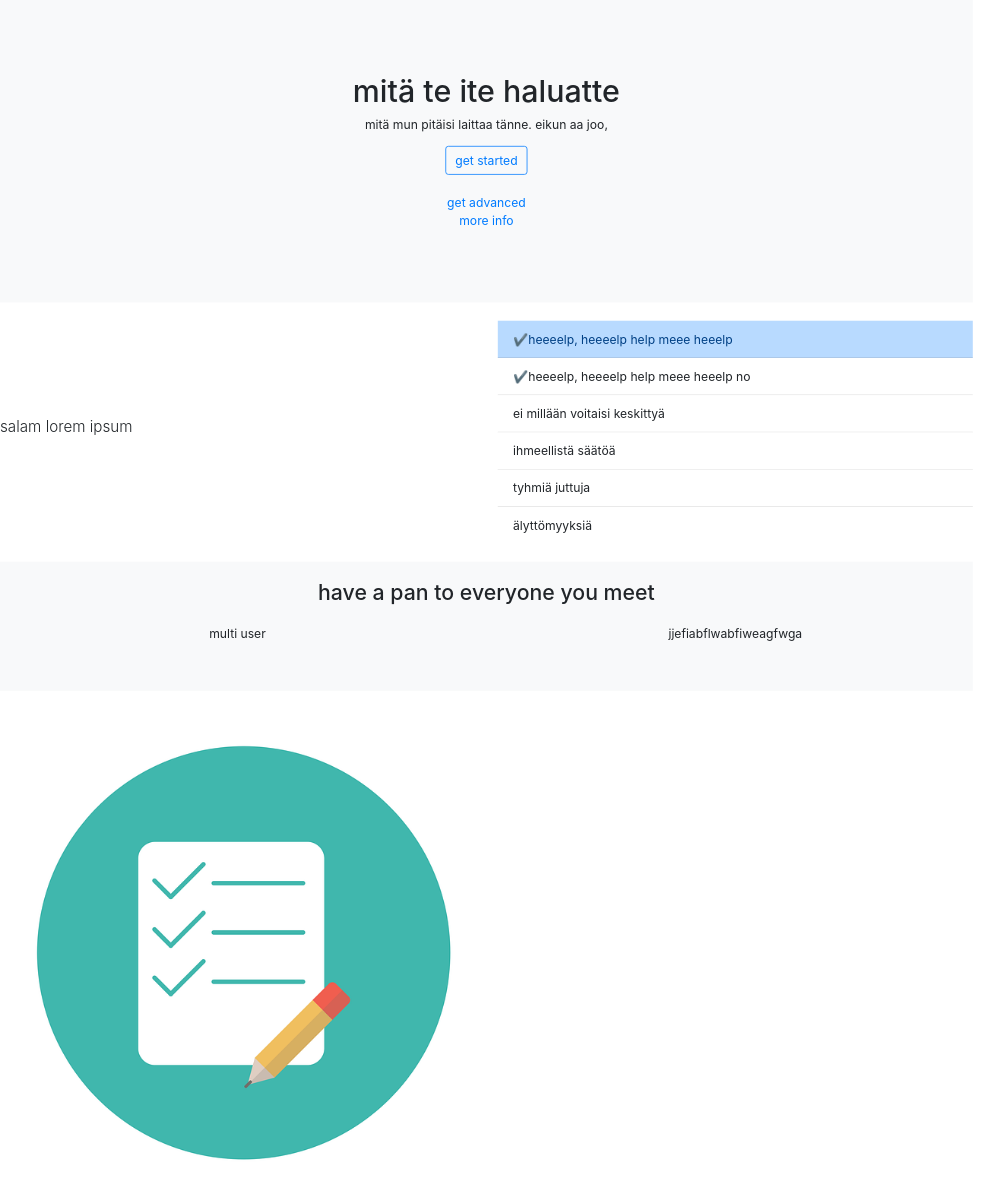
Repository: jessehapuli/jessehapuli.github.io
Page: Bootstrap/index.html
The author's editor kept a copy of each file at every save. The page is drawn from the files as they stood at one save, then again after the next save.
The browser window is 1280 px wide. The page is 1295 px wide, so the pictures cover 1295 px, including what lies to the right of the window. The pictures show the whole page, at 76% of full size.

Above is the page before, as saved 2024-04-24 12:46:01.

### Bootstrap/index.html
<!doctype html>
<html lang="en">
  <head>
    <!-- Required meta tags -->
    <meta charset="utf-8">
    <meta name="viewport" content="width=device-width, initial-scale=1, shrink-to-fit=no">

    <!-- Bootstrap CSS -->
    <link rel="stylesheet" href="https://cdn.jsdelivr.net/npm/bootstrap@4.6.2/dist/css/bootstrap.min.css" integrity="sha384-xOolHFLEh07PJGoPkLv1IbcEPTNtaed2xpHsD9ESMhqIYd0nLMwNLD69Npy4HI+N" crossorigin="anonymous">

    <link rel="stylesheet" href="styles.css">

    <title>Hello, world!</title>
  </head>
  <body>

    <!--heading-->

    <section class="container-fluid bg-light text-center">
      <div class="rov d-flex justify-content-center">
        <div class="col-md-6 my-5 py-lg-5">
          <h1>mitä te ite haluatte</h1>
          <p>mitä mun pitäisi laittaa tänne. eikun aa joo, </p>
          <a class="btn btn-outline-primary" href="piercing">get started</a>
          <br>
          <br>
          <a href="">get advanced</a>
          <br>
          <a href="">more info</a>
        </div>
      </div>
    </section>

    <!--mid area-->

    <sectio class="container">
      <div class="row">
        <div class="col-md-6 d-flex align-items-center">
          <p class="lead">salam lorem ipsum</p>
        </div>
        <div class="col-md-6">
          <ul class="list-group list-group-flush">
            <li class="list-group-item list-group-item-primary"><span>&#10004;</span>heeeelp, heeeelp help meee heeelp</li>
            <li class="list-group-item"><span>&#10004;</span>heeeelp, heeeelp help meee heeelp no</li>
            <li class="list-group-item">ei millään voitaisi keskittyä</li>
            <li class="list-group-item">ihmeellistä säätöä</li>
            <li class="list-group-item">tyhmiä juttuja</li>
            <li class="list-group-item">älyttömyyksiä</li>
          </ul>
        </div>
      </div>
    </section>

<!--footer-->

    <section class="conteiner-fluid text-center bg-light my-4 py-4">
      <h3>have a pan to everyone you meet</h3>
      <div class="row my-4">
        <div class="col">
          <i class="fas fa-user fa-5x py-3"></i>
          <p>multi user</p>
        </div>
        <div class="col">
          <i class="fas fa-file-alt fa-5x py-3"></i>
          <p>jjefiabflwabfiweagfwga</p>
        </div>
      </div>
    </section>

    <!--images-->
    <img src="..\img/bootstrap_images/list.png">

    <!-- Optional JavaScript; choose one of the two! -->

    <!-- Option 1: jQuery and Bootstrap Bundle (includes Popper) -->
    <script src="https://cdn.jsdelivr.net/npm/jquery@3.5.1/dist/jquery.slim.min.js" integrity="sha384-DfXdz2htPH0lsSSs5nCTpuj/zy4C+OGpamoFVy38MVBnE+IbbVYUew+OrCXaRkfj" crossorigin="anonymous"></script>
    <script src="https://cdn.jsdelivr.net/npm/bootstrap@4.6.2/dist/js/bootstrap.bundle.min.js" integrity="sha384-Fy6S3B9q64WdZWQUiU+q4/2Lc9npb8tCaSX9FK7E8HnRr0Jz8D6OP9dO5Vg3Q9ct" crossorigin="anonymous"></script>

    <!-- Option 2: Separate Popper and Bootstrap JS -->
    <!--
    <script src="https://cdn.jsdelivr.net/npm/jquery@3.5.1/dist/jquery.slim.min.js" integrity="sha384-DfXdz2htPH0lsSSs5nCTpuj/zy4C+OGpamoFVy38MVBnE+IbbVYUew+OrCXaRkfj" crossorigin="anonymous"></script>
    <script src="https://cdn.jsdelivr.net/npm/popper.js@1.16.1/dist/umd/popper.min.js" integrity="sha384-9/reFTGAW83EW2RDu2S0VKaIzap3H66lZH81PoYlFhbGU+6BZp6G7niu735Sk7lN" crossorigin="anonymous"></script>
    <script src="https://cdn.jsdelivr.net/npm/bootstrap@4.6.2/dist/js/bootstrap.min.js" integrity="sha384-+sLIOodYLS7CIrQpBjl+C7nPvqq+FbNUBDunl/OZv93DB7Ln/533i8e/mZXLi/P+" crossorigin="anonymous"></script>
    -->
  </body>
</html>

### Bootstrap/styles.css
i {
    color: forestgreen;
}

After the next save:
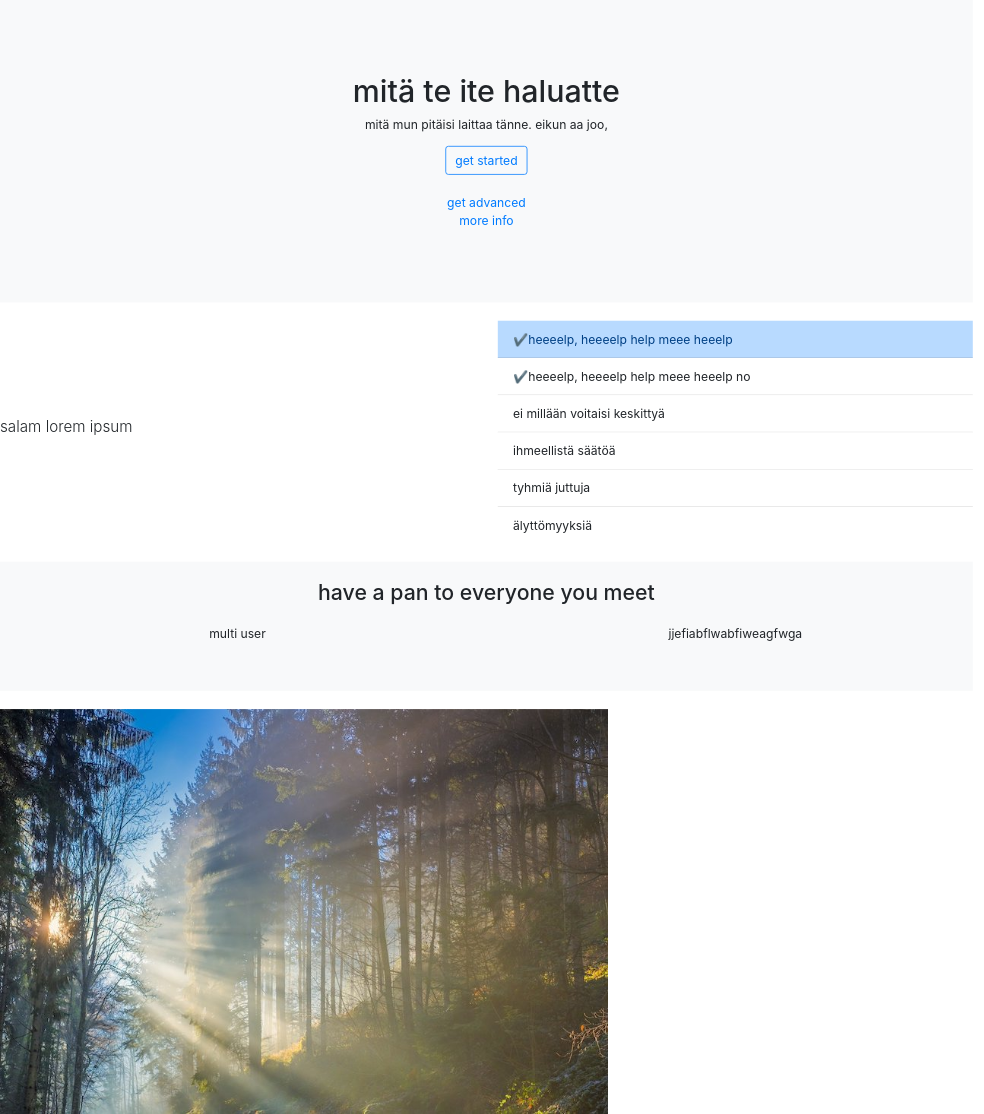
Saved 3 min 4 s later.
--- a/Bootstrap/index.html
+++ b/Bootstrap/index.html
@@ -68,7 +68,7 @@
     </section>
 
     <!--images-->
-    <img src="..\img/bootstrap_images/list.png">
+    <img src="..\img/bootstrap_images/sample.jpg">
 
     <!-- Optional JavaScript; choose one of the two! -->
 
